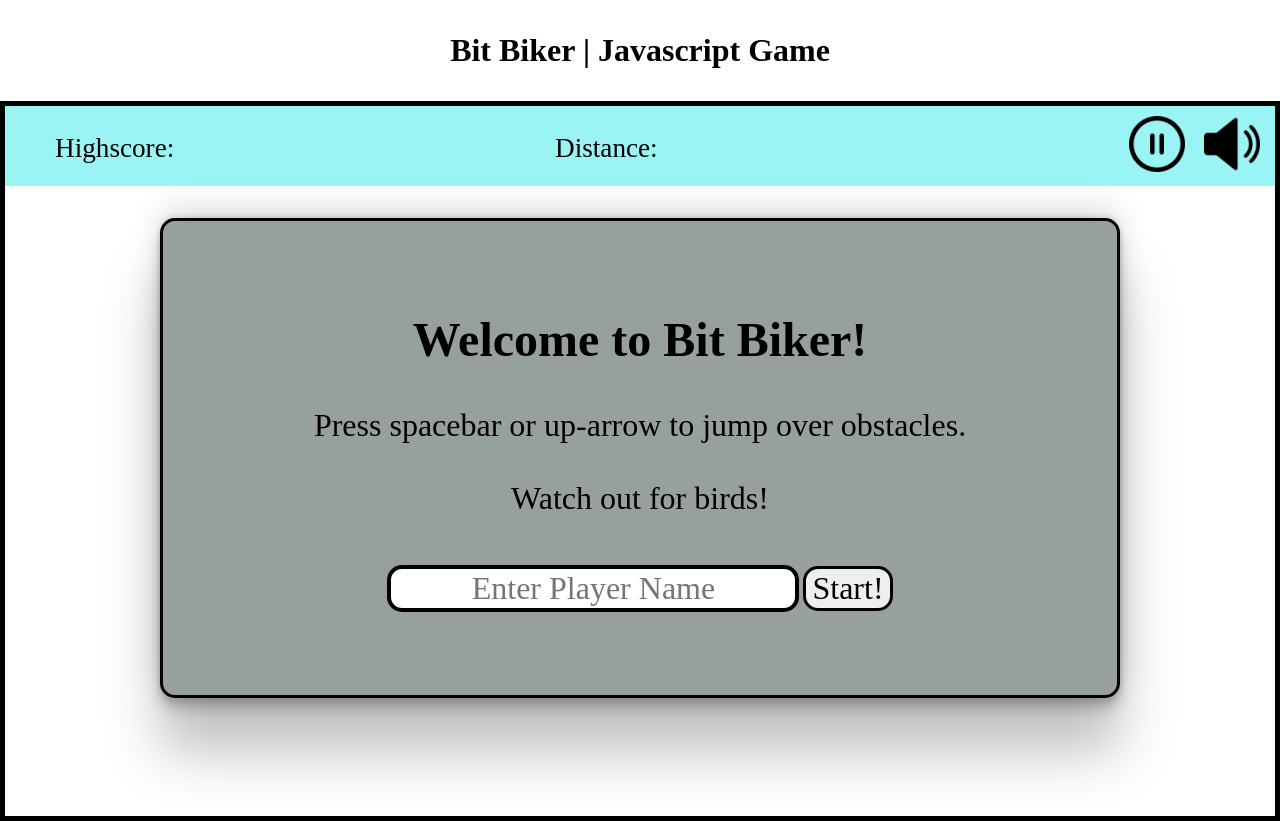
Repository: jellymel0n/bit-biker
Page: index.html
An editor plug-in stored every save of this project. The page is shown before and after the next save, followed by the edit.
The browser window is 1280 px wide. The pictures show the whole page.

Above is the page before, as saved 2021-07-05 15:07:19.

After the next save:
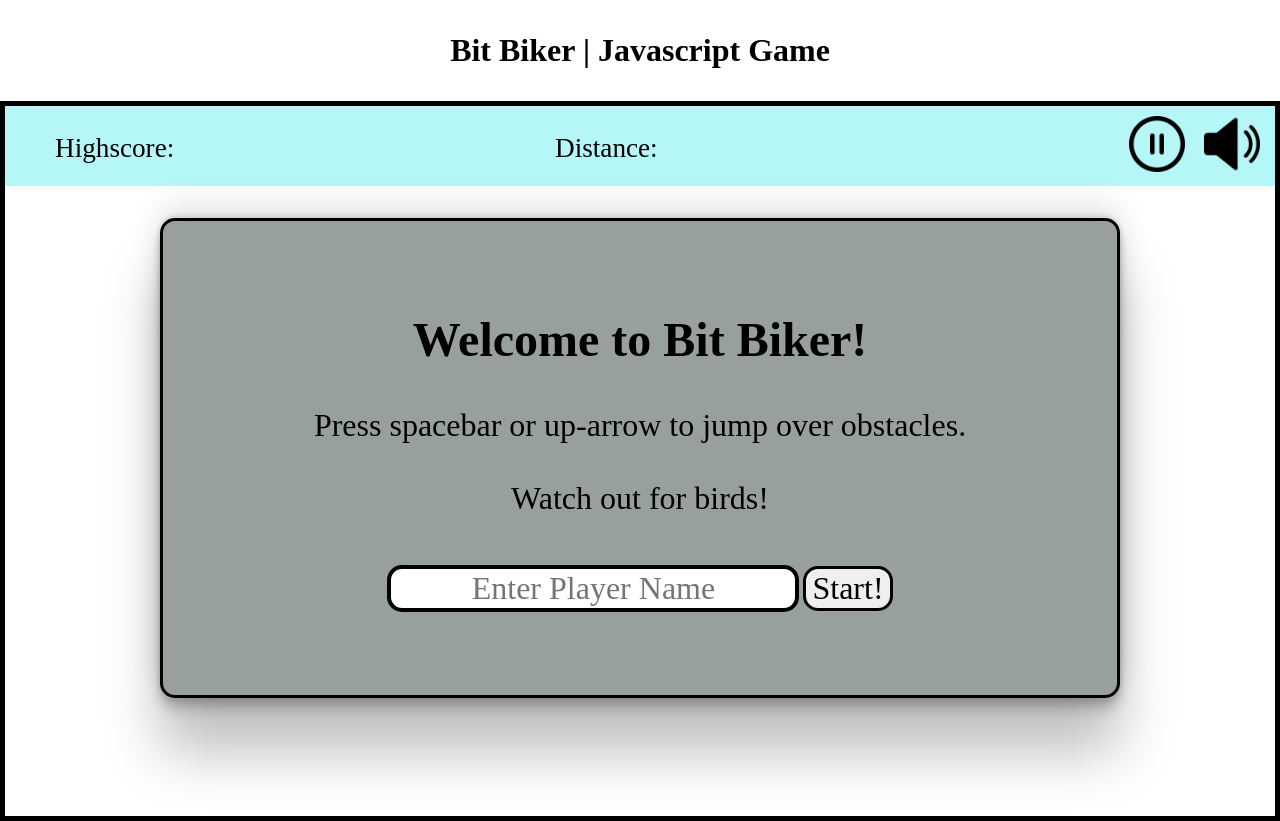
Saved 6 s later.
--- a/styles/styles.css
+++ b/styles/styles.css
@@ -18,7 +18,7 @@ div#game-header {
     justify-content: space-around;
     width: 100%;
     height: 5rem;
-    background-color: rgba(8, 227, 227, 0.407);
+    background-color: rgba(8, 227, 227, 0.297);
 
 }
 
